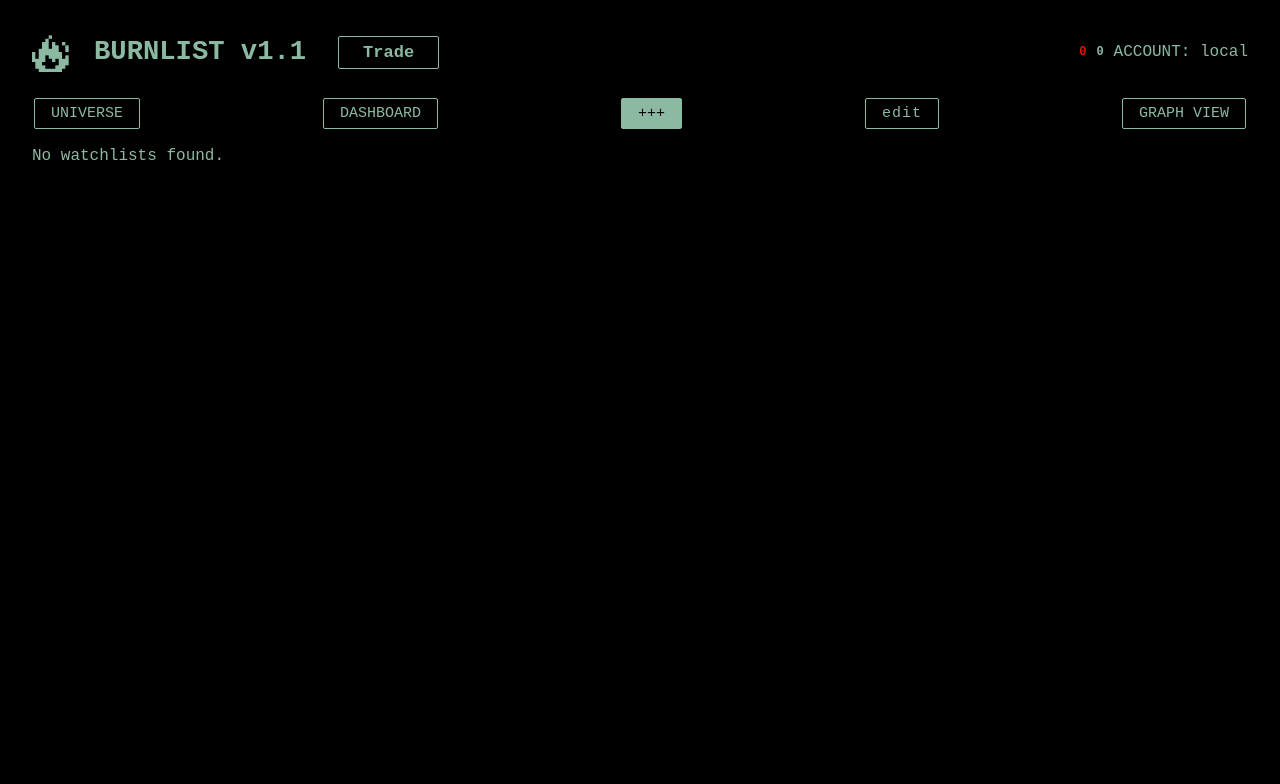
Repository: 11612x/burnlistv1.1
Page: /
An editor plug-in stored every save of this project. The page is shown before and after the next save, followed by the edit.
The browser window is 1280 px wide. The pictures show the whole page.
The project was rebuilt for these pictures with package versions that can differ from the ones it lists, and the page was loaded fresh each time. Also part of the build but not shown: vite.config.js, src/components/CustomTooltip.jsx, src/logic/portfolioUtils.js, src/components/WatchlistChart.jsx, src/components/NotificationBanner.jsx, src/components/WatchlistHeader.jsx, src/components/TimeframeSelector.jsx, src/hooks/useAverageReturn.js and 16 more.

Above is the page before, as saved 2025-07-17 00:58:48.

After the next save:
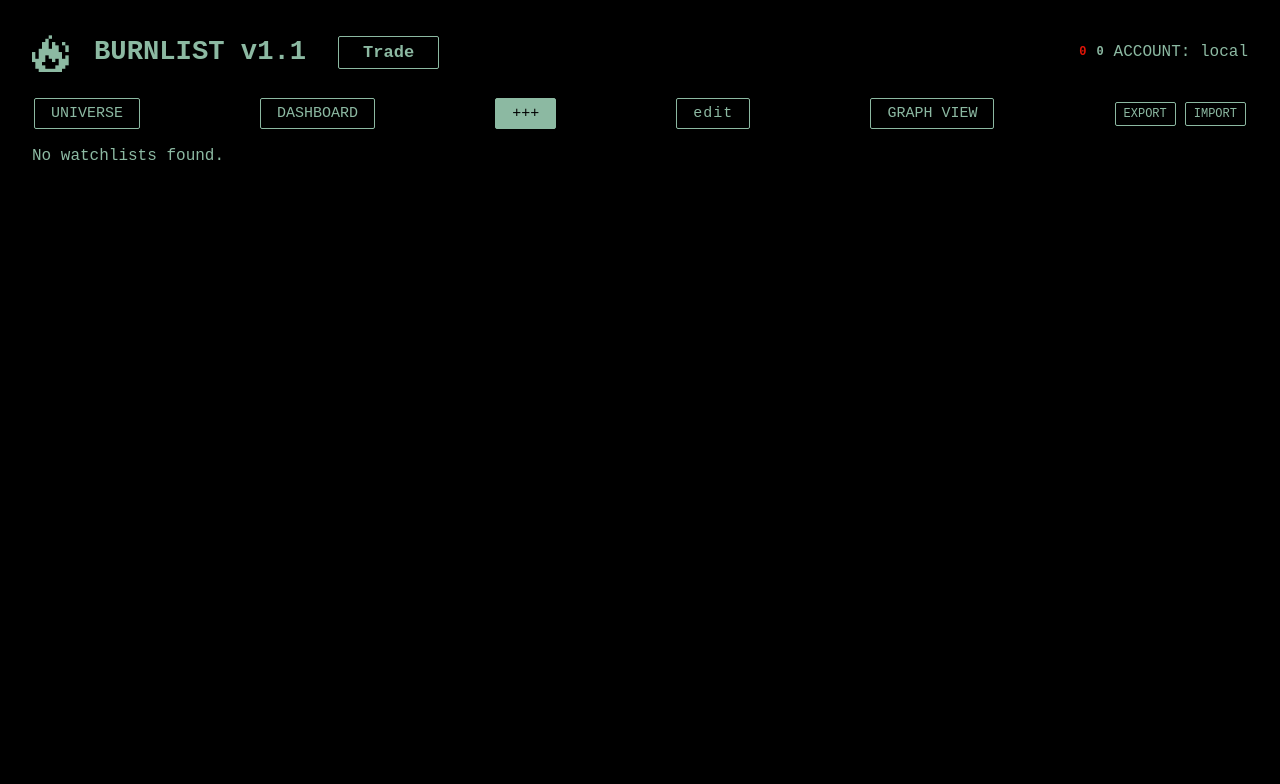
Saved 8 s later.
--- a/src/pages/HomePage.jsx
+++ b/src/pages/HomePage.jsx
@@ -435,6 +435,43 @@ const HomePage = ({ watchlists = {}, setWatchlists }) => {
         >
           {view === 'terminal' ? 'GRAPH VIEW' : 'TERMINAL VIEW'}
         </CustomButton>
+
+        {/* Import/Export Buttons */}
+        <div style={{ display: 'flex', gap: '5px' }}>
+          <CustomButton
+            onClick={handleExportData}
+            style={{
+              backgroundColor: black,
+              color: green,
+              border: `1px solid ${green}`,
+              fontSize: '12px',
+              padding: '4px 8px'
+            }}
+          >
+            EXPORT
+          </CustomButton>
+          <label style={{ cursor: 'pointer' }}>
+            <input
+              type="file"
+              accept=".json"
+              onChange={handleImportData}
+              style={{ display: 'none' }}
+            />
+            <CustomButton
+              as="span"
+              style={{
+                backgroundColor: black,
+                color: green,
+                border: `1px solid ${green}`,
+                fontSize: '12px',
+                padding: '4px 8px',
+                cursor: 'pointer'
+              }}
+            >
+              IMPORT
+            </CustomButton>
+          </label>
+        </div>
       </div>
 
       {/* Centralized Notification Banner */}
